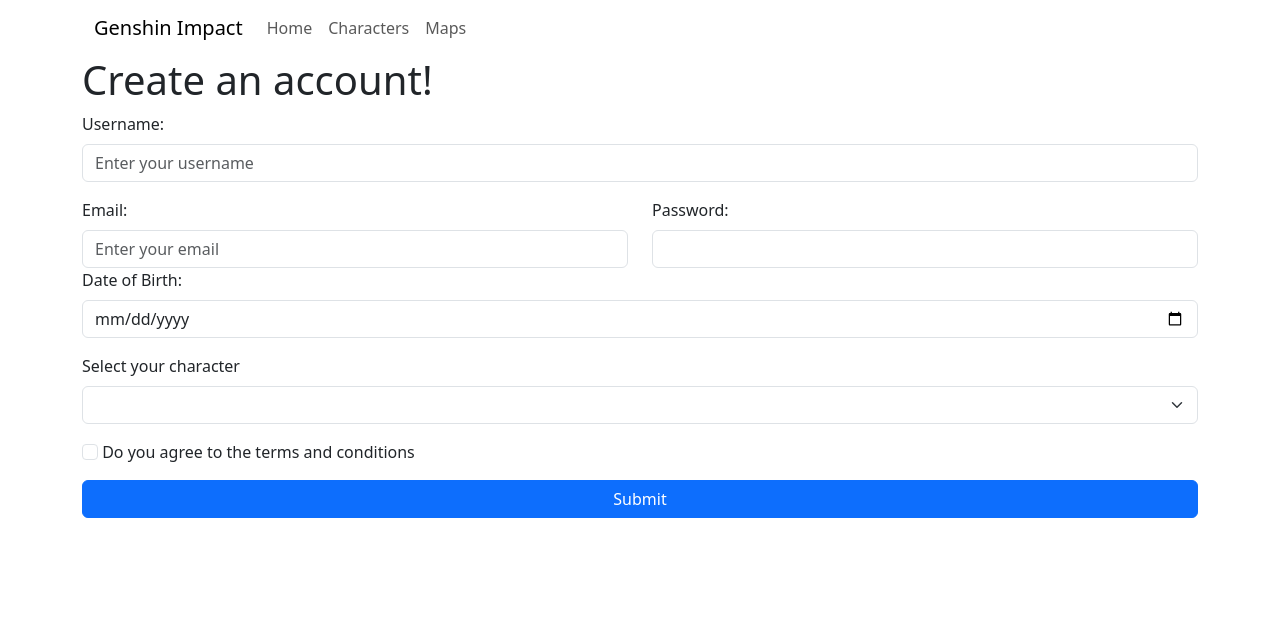
Repository: pendragons-code/BootStrap-Lesson
Page: static/html/genshin_account.html
These files come from the project's save history. The page is drawn as it stood at one moment and after a run of saves; the edit follows.
The browser window is 1280 px wide. The pictures show the whole page.
The page's requests for data from a server got no answer.

Above is the page before, as saved 2024-07-22 12:57:01.

### static/html/genshin_account.html
<!DOCTYPE html>
<html lang="en">

<head>
	<meta charset="UTF-8">
	<meta name="viewport" content="width=device-width, initial-scale=1.0">
	<link href="https://cdn.jsdelivr.net/npm/bootstrap@5.3.3/dist/css/bootstrap.min.css" rel="stylesheet"
		integrity="sha384-QWTKZyjpPEjISv5WaRU9OFeRpok6YctnYmDr5pNlyT2bRjXh0JMhjY6hW+ALEwIH" crossorigin="anonymous">
	<script src="https://cdn.jsdelivr.net/npm/bootstrap@5.3.3/dist/js/bootstrap.bundle.min.js"
		integrity="sha384-YvpcrYf0tY3lHB60NNkmXc5s9fDVZLESaAA55NDzOxhy9GkcIdslK1eN7N6jIeHz"
		crossorigin="anonymous"></script>
		<script src="/js/genshin_users.js" defer></script>
		<script src="/js/genshin_form.js" defer></script>
	<title>Document</title>
</head>

<body>
	<div class="container">
		<nav class="navbar navbar-expand-sm bg-body-primary">
			<div class="container-fluid">
				<a class="navbar-brand" href="#">Genshin Impact</a>
				<button class="navbar-toggler" type="button" data-bs-toggle="collapse" data-bs-target="#navbarNav"
					aria-controls="navbarNav" aria-expanded="false" aria-label class="form-label"="Toggle navigation">
					<span class="navbar-toggler-icon"></span>
				</button>
				<div class="collapse navbar-collapse" id="navbarNav">
					<ul class="navbar-nav">
						<li class="nav-item">
							<a class="nav-link" href="#">Home</a>
						</li>
						<li class="nav-item">
							<a class="nav-link" href="#">Characters</a>
						</li>
						<li class="nav-item">
							<a class="nav-link" href="#">Maps</a>
						</li>
					</ul>
				</div>
			</div>
		</nav>
	</div>

	<form action="#" method="POST" class="container needs-validation" novalidate>
		<h1 class="display1">Create an account!</h1>
		<div class="row">
			<div class="col mb-3">
				<label class="form-label" for="usernameField">Username: </label>
				<input required=true class="form-control" type="text" id="usernameField" placeholder="Enter your username" name="username">
					<div class="invalid-feedback">Please provide valid username</div>
			</div>
		</div>

		<div class="row">
			<div class="col mb-3-12 col mb-3-sm-6">
				<label class="form-label" for="emailField">Email:</label>
				<input required=true class="form-control" type="email" id="emailField" placeholder="Enter your email" name="email">
				<div class="invalid-feedback">Please provide valid email</div>
			</div>

			<div class="col mb-3-12 col mb-3-sm-6">
				<label class="form-label" for="passwordField">Password: </label>
				<input required=true class="form-control" type="password" id="passwordField" name="password">
				<div class="invalid-feedback">Please provide valid password</div>
			</div>
		</div>

		<div class="row">
			<div class="col mb-3">
				<label class="form-label" for="dateOfBirth">Date of Birth: </label>
				<input class="form-control" type="date" id="dateOfBirth">
			</div>
		</div>


		<div class="row">
			<div class="col mb-3">
				<label class="form-label" for="character">Select your character</label>
				<select id="character" class="form-select" required=true>
					<div class="invalid-feedback">Please select character</div>
					<option></option>
					<option>Zhongli</option>
					<option>Nahida</option>
					<option>Kokomi</option>
					<option>Raiden</option>
				</select>
			</div>
		</div>


		<div class="row">
			<div class="col mb-3">
				<input required=true class="form-check-input required=true" type="checkbox" name="terms" id="termsField">
				<div class="invalid-feedback">Please agree to the terms and conditions</div>
				<label class="form-check-label" for="termsField">Do you agree to the terms and conditions</label>
			</div>
		</div>
		<div class="d-grid">
			<button type="submit" class="btn btn-primary">Submit</button>
		</div>

	</form>
	<div class="container"
	></div>
</body>

<script>
	(() => {
		'use strict'

		// Fetch all the forms we want to apply custom Bootstrap validation styles to
		var forms = document.querySelectorAll('.needs-validation')
		// Loop over them and prevent submission
		Array.prototype.slice.call(forms)
			.forEach(function (form) {
				form.addEventListener('submit', event => {
					if (!form.checkValidity()) {
						event.preventDefault()
						event.stopPropagation()
					}
					form.classList.add('was-validated')
				}, false)
			})
	})()</script>

</html>

### static/js/genshin_users.js
"use strict";

let users = [
	{
		username: "johndoe",
		character: "Nahida",
		dateJoined: "2024-01-01"
	},
	{
		username: "heehee",
		character: "Zhongli",
		dateJoined: "2024-01-01"
	},
	{
		username: "haaahaaa",
		character: "Kokomi",
		dateJoined: "2024-01-01"
	},
	{
		username: "hehehaha",
		character: "Nahida",
		dateJoined: "2024-01-01"
	},
	{
		username: "hahahehe",
		character: "Nahida",
		dateJoined: "2024-01-01"
	},
	{
		username: "weeeee",
		character: "Nahida",
		dateJoined: "2024-01-01"
	},
];

### static/js/genshin_form.js
"use strict";

console.log(users);

async function fetchSite() {
	let main = await fetch("https://www.sp.edu.sg/");
	console.log(main);
}

fetchSite()

After the next 3 saves:
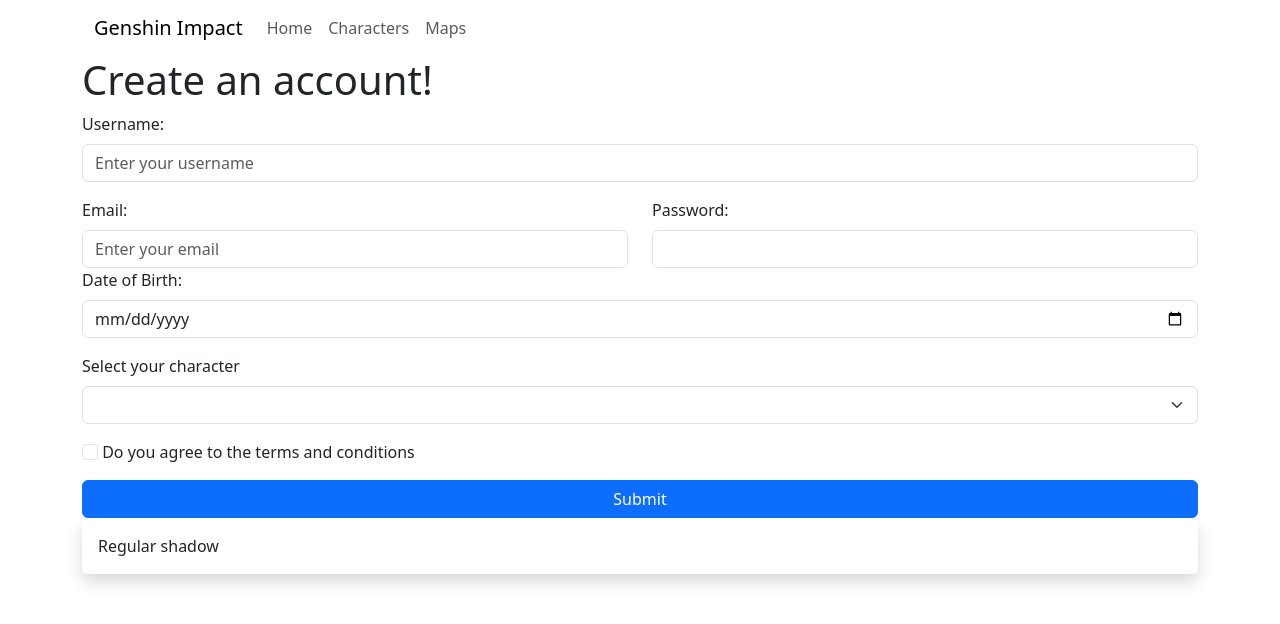
The 3 saves are shown as one change because they came seconds apart.
The last was saved 8 s later.
--- a/static/html/genshin_account.html
+++ b/static/html/genshin_account.html
@@ -99,8 +99,9 @@
 		</div>
 
 	</form>
-	<div class="container"
-	></div>
+	<div class="container">
+<div class="shadow p-3 mb-5 bg-body rounded">Regular shadow</div>
+	</div>
 </body>
 
 <script>
